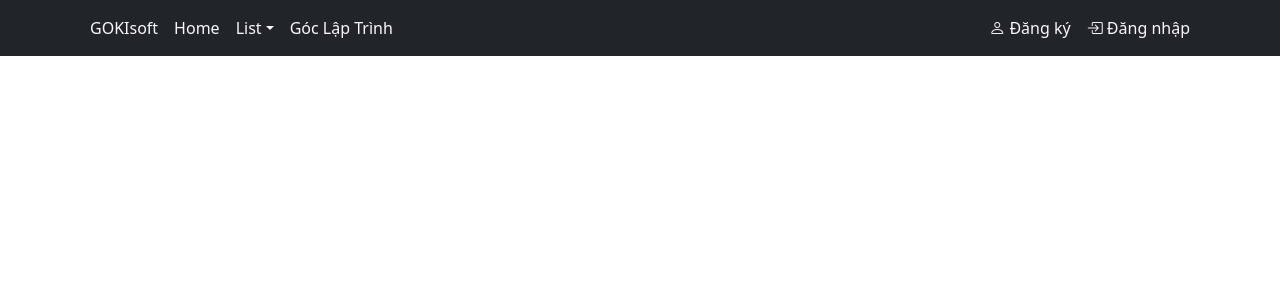
Repository: AnhDuc0125/HTML-Aptech
Page: bt2045/index.html
An editor plug-in stored every save of this project. The page is shown before and after the next save, followed by the edit.
The browser window is 1280 px wide. The pictures show the whole page.
Some web libraries are served in a nearby version.

Above is the page before, as saved 2021-12-13 20:49:55.

After the next save:
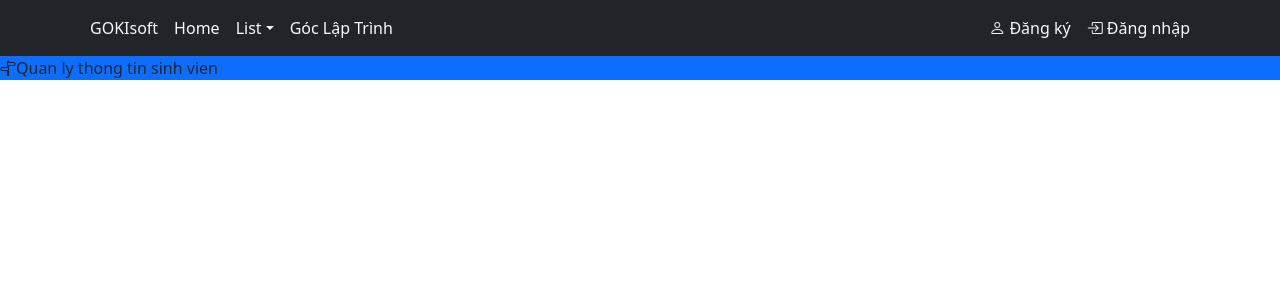
Saved 79 s later.
--- a/bt2045/index.html
+++ b/bt2045/index.html
@@ -25,7 +25,7 @@
         </div>
     </nav>
     <div class="boxed bg-primary">
-
+        <i class="bi bi-signpost-split"></i>Quan ly thong tin sinh vien
     </div>
 </body>
 </html>
